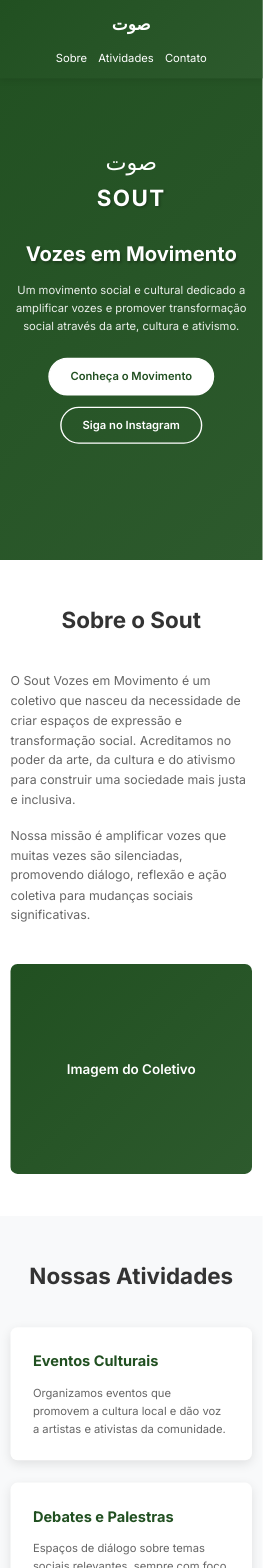
Repository: farukzahra/sout
Page: index.html
The author's editor kept a copy of each file at every save. The page is drawn from the files as they stood at one save, then again after a run of saves.
The browser window is 375 px wide. The pictures show the part of the page from y = 0 to 2240 px (the page is 3551 px tall), at 70% of full size.

Above is the page before, as saved 2025-10-02 13:02:33.

### index.html
<!DOCTYPE html>
<html lang="pt-BR">
<head>
    <meta charset="UTF-8">
    <meta name="viewport" content="width=device-width, initial-scale=1.0">
    <title>Sout Vozes em Movimento</title>
    <meta name="description" content="Sout Vozes em Movimento - Movimento social e cultural">
    <link rel="stylesheet" href="style.css">
    <link href="https://fonts.googleapis.com/css2?family=Inter:wght@300;400;600;700&display=swap" rel="stylesheet">
</head>
<body>
    <header class="header">
        <nav class="nav">
            <div class="nav-brand">
                <h1>صوت</h1>
            </div>
            <ul class="nav-menu">
                <li><a href="#sobre">Sobre</a></li>
                <li><a href="#atividades">Atividades</a></li>
                <li><a href="#contato">Contato</a></li>
            </ul>
        </nav>
    </header>

    <main>
        <section class="hero">
            <div class="hero-content">
                <div class="hero-logo">
                    <div class="logo-combined">
                        <span class="logo-text">صوت</span>
                        <span class="logo-main">SOUT</span>
                    </div>
                </div>
                <h2>Vozes em Movimento</h2>
                <p>Um movimento social e cultural dedicado a amplificar vozes e promover transformação social através da arte, cultura e ativismo.</p>
                <div class="hero-buttons">
                    <a href="#sobre" class="btn btn-primary">Conheça o Movimento</a>
                    <a href="https://www.instagram.com/sout_vozesemmovimento/" target="_blank" class="btn btn-secondary">Siga no Instagram</a>
                </div>
            </div>
        </section>

        <section id="sobre" class="section">
            <div class="container">
                <h2>Sobre o Sout</h2>
                <div class="about-content">
                    <div class="about-text">
                        <p>O Sout Vozes em Movimento é um coletivo que nasceu da necessidade de criar espaços de expressão e transformação social. Acreditamos no poder da arte, da cultura e do ativismo para construir uma sociedade mais justa e inclusiva.</p>
                        <p>Nossa missão é amplificar vozes que muitas vezes são silenciadas, promovendo diálogo, reflexão e ação coletiva para mudanças sociais significativas.</p>
                    </div>
                    <div class="about-image">
                        <div class="placeholder-image">
                            <span>Imagem do Coletivo</span>
                        </div>
                    </div>
                </div>
            </div>
        </section>

        <section id="atividades" class="section section-alt">
            <div class="container">
                <h2>Nossas Atividades</h2>
                <div class="activities-grid">
                    <div class="activity-card">
                        <h3>Eventos Culturais</h3>
                        <p>Organizamos eventos que promovem a cultura local e dão voz a artistas e ativistas da comunidade.</p>
                    </div>
                    <div class="activity-card">
                        <h3>Debates e Palestras</h3>
                        <p>Espaços de diálogo sobre temas sociais relevantes, sempre com foco na transformação social.</p>
                    </div>
                    <div class="activity-card">
                        <h3>Ativismo Social</h3>
                        <p>Participamos ativamente de movimentos e campanhas que lutam por justiça social e direitos humanos.</p>
                    </div>
                </div>
            </div>
        </section>

        <section id="contato" class="section">
            <div class="container">
                <h2>Entre em Contato</h2>
                <div class="contact-content">
                    <div class="contact-info">
                        <h3>Conecte-se Conosco</h3>
                        <p>Siga nossas redes sociais para acompanhar nossas atividades e participar do movimento.</p>
                        <div class="social-links">
                            <a href="https://www.instagram.com/sout_vozesemmovimento/" target="_blank" class="social-link">
                                <span>📷</span> Instagram
                            </a>
                        </div>
                    </div>
                    <div class="contact-form">
                        <h3>Envie uma Mensagem</h3>
                        <form>
                            <input type="text" placeholder="Seu nome" required>
                            <input type="email" placeholder="Seu email" required>
                            <textarea placeholder="Sua mensagem" rows="5" required></textarea>
                            <button type="submit" class="btn btn-primary">Enviar Mensagem</button>
                        </form>
                    </div>
                </div>
            </div>
        </section>
    </main>

    <footer class="footer">
        <div class="container">
            <p>&copy; 2024 Sout Vozes em Movimento. Todos os direitos reservados.</p>
            <p>Feito com ❤️ para transformar o mundo</p>
        </div>
    </footer>

    <script>
        // Smooth scrolling para links internos
        document.querySelectorAll('a[href^="#"]').forEach(anchor => {
            anchor.addEventListener('click', function (e) {
                e.preventDefault();
                const target = document.querySelector(this.getAttribute('href'));
                if (target) {
                    target.scrollIntoView({
                        behavior: 'smooth',
                        block: 'start'
                    });
                }
            });
        });

        // Formulário de contato (funcionalidade básica)
        document.querySelector('form').addEventListener('submit', function(e) {
            e.preventDefault();
            alert('Obrigado pela sua mensagem! Entraremos em contato em breve.');
            this.reset();
        });
    </script>
</body>
</html>

### style.css
/* Reset e configurações básicas */
* {
    margin: 0;
    padding: 0;
    box-sizing: border-box;
}

body {
    font-family: 'Inter', sans-serif;
    line-height: 1.6;
    color: #333;
    background-color: #fff;
}

.container {
    max-width: 1200px;
    margin: 0 auto;
    padding: 0 20px;
}

/* Header */
.header {
    background: linear-gradient(135deg, #215021 0%, #2d5a2d 100%);
    color: white;
    padding: 1rem 0;
    position: fixed;
    top: 0;
    width: 100%;
    z-index: 1000;
    box-shadow: 0 2px 10px rgba(0,0,0,0.1);
}

.nav {
    display: flex;
    justify-content: space-between;
    align-items: center;
    max-width: 1200px;
    margin: 0 auto;
    padding: 0 20px;
}

.nav-brand h1 {
    font-size: 1.5rem;
    font-weight: 700;
    direction: rtl;
}

.hero-logo {
    margin-bottom: 2rem;
}

.logo-combined {
    display: flex;
    flex-direction: column;
    align-items: center;
    justify-content: center;
    gap: 0;
}

.hero-logo .logo-text {
    font-size: 3rem;
    direction: rtl;
}

.hero-logo .logo-main {
    font-size: 3rem;
    font-weight: 700;
    letter-spacing: 2px;
    text-shadow: 2px 2px 4px rgba(0,0,0,0.3);
}

.hero-logo .logo-subtitle {
    font-size: 1.2rem;
    opacity: 0.9;
}

.nav-menu {
    display: flex;
    list-style: none;
    gap: 2rem;
}

.nav-menu a {
    color: white;
    text-decoration: none;
    font-weight: 500;
    transition: opacity 0.3s ease;
}

.nav-menu a:hover {
    opacity: 0.8;
}

/* Hero Section */
.hero {
    background: linear-gradient(135deg, #215021 0%, #2d5a2d 100%);
    color: white;
    padding: 120px 0 80px;
    text-align: center;
    min-height: 100vh;
    display: flex;
    align-items: center;
    justify-content: center;
}


.hero-content h2 {
    font-size: 3rem;
    font-weight: 700;
    margin-bottom: 1rem;
    text-shadow: 2px 2px 4px rgba(0,0,0,0.3);
}

.hero-content {
    max-width: 800px;
    margin: 0 auto;
    padding: 0 20px;
}

.hero-content p {
    font-size: 1.2rem;
    margin-bottom: 2rem;
    max-width: 600px;
    margin-left: auto;
    margin-right: auto;
    opacity: 0.9;
}

.hero-buttons {
    display: flex;
    gap: 1rem;
    justify-content: center;
    flex-wrap: wrap;
}

/* Botões */
.btn {
    display: inline-block;
    padding: 12px 30px;
    text-decoration: none;
    border-radius: 50px;
    font-weight: 600;
    transition: all 0.3s ease;
    border: 2px solid transparent;
}

.btn-primary {
    background: white;
    color: #215021;
    border-color: white;
}

.btn-primary:hover {
    background: transparent;
    color: white;
    border-color: white;
}

.btn-secondary {
    background: transparent;
    color: white;
    border-color: white;
}

.btn-secondary:hover {
    background: white;
    color: #215021;
}

/* Seções */
.section {
    padding: 80px 0;
}

.section-alt {
    background-color: #f8f9fa;
}

.section h2 {
    text-align: center;
    font-size: 2.5rem;
    margin-bottom: 3rem;
    color: #333;
}

/* Sobre */
.about-content {
    display: grid;
    grid-template-columns: 2fr 1fr;
    gap: 3rem;
    align-items: center;
}

.about-text p {
    font-size: 1.1rem;
    margin-bottom: 1.5rem;
    color: #666;
}

.placeholder-image {
    background: linear-gradient(135deg, #215021 0%, #2d5a2d 100%);
    height: 300px;
    border-radius: 10px;
    display: flex;
    align-items: center;
    justify-content: center;
    color: white;
    font-size: 1.2rem;
    font-weight: 600;
}

/* Atividades */
.activities-grid {
    display: grid;
    grid-template-columns: repeat(auto-fit, minmax(300px, 1fr));
    gap: 2rem;
}

.activity-card {
    background: white;
    padding: 2rem;
    border-radius: 10px;
    box-shadow: 0 5px 15px rgba(0,0,0,0.1);
    transition: transform 0.3s ease, box-shadow 0.3s ease;
}

.activity-card:hover {
    transform: translateY(-5px);
    box-shadow: 0 10px 25px rgba(0,0,0,0.15);
}

.activity-card h3 {
    color: #215021;
    margin-bottom: 1rem;
    font-size: 1.3rem;
}

.activity-card p {
    color: #666;
    line-height: 1.6;
}

/* Contato */
.contact-content {
    display: grid;
    grid-template-columns: 1fr 1fr;
    gap: 3rem;
}

.contact-info h3 {
    color: #215021;
    margin-bottom: 1rem;
    font-size: 1.5rem;
}

.contact-info p {
    color: #666;
    margin-bottom: 2rem;
}

.social-links {
    display: flex;
    gap: 1rem;
}

.social-link {
    display: flex;
    align-items: center;
    gap: 0.5rem;
    padding: 10px 20px;
    background: linear-gradient(135deg, #215021 0%, #2d5a2d 100%);
    color: white;
    text-decoration: none;
    border-radius: 25px;
    transition: transform 0.3s ease;
}

.social-link:hover {
    transform: translateY(-2px);
}

.contact-form h3 {
    color: #215021;
    margin-bottom: 1rem;
    font-size: 1.5rem;
}

.contact-form form {
    display: flex;
    flex-direction: column;
    gap: 1rem;
}

.contact-form input,
.contact-form textarea {
    padding: 12px;
    border: 2px solid #e1e5e9;
    border-radius: 5px;
    font-family: inherit;
    font-size: 1rem;
    transition: border-color 0.3s ease;
}

.contact-form input:focus,
.contact-form textarea:focus {
    outline: none;
    border-color: #215021;
}

.contact-form textarea {
    resize: vertical;
    min-height: 120px;
}

/* Footer */
.footer {
    background: #333;
    color: white;
    text-align: center;
    padding: 2rem 0;
}

.footer p {
    margin-bottom: 0.5rem;
}

/* Responsividade */
@media (max-width: 768px) {
    .nav {
        flex-direction: column;
        gap: 1rem;
    }

    .nav-menu {
        gap: 1rem;
    }

    .logo-combined {
        gap: 0;
    }

    .hero-logo .logo-text,
    .hero-logo .logo-main {
        font-size: 2.5rem;
    }

    .hero-content h2 {
        font-size: 2rem;
    }

    .hero-buttons {
        flex-direction: column;
        align-items: center;
    }

    .about-content,
    .contact-content {
        grid-template-columns: 1fr;
        gap: 2rem;
    }

    .activities-grid {
        grid-template-columns: 1fr;
    }

    .section h2 {
        font-size: 2rem;
    }
}

@media (max-width: 480px) {
    .hero {
        padding: 100px 0 60px;
    }

    .logo-combined {
        gap: 0;
    }

    .hero-logo .logo-text,
    .hero-logo .logo-main {
        font-size: 2rem;
    }

    .hero-content h2 {
        font-size: 1.8rem;
    }

    .hero-content p {
        font-size: 1rem;
    }

    .section {
        padding: 60px 0;
    }

    .container {
        padding: 0 15px;
    }
}

After the next 3 saves:
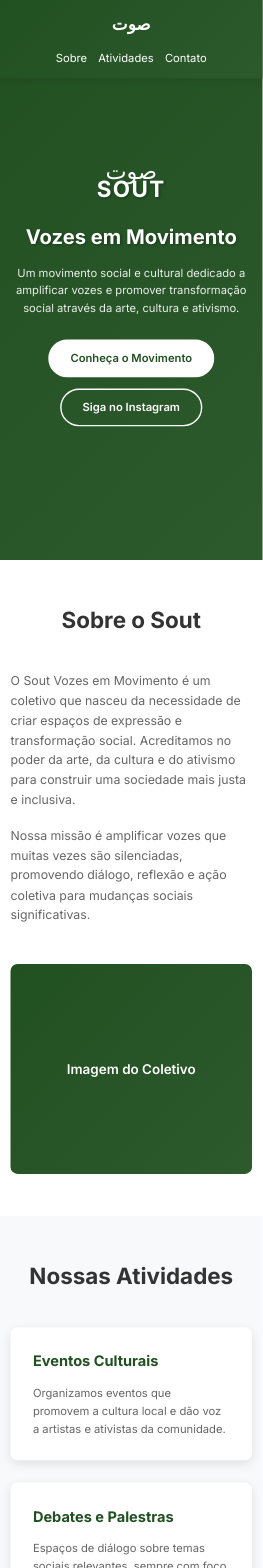
The 3 saves are shown as one change because they came seconds apart.
The last was saved 10 s later.
--- a/style.css
+++ b/style.css
@@ -60,6 +60,7 @@ body {
 .hero-logo .logo-text {
     font-size: 3rem;
     direction: rtl;
+    line-height: 0.8;
 }
 
 .hero-logo .logo-main {
@@ -67,6 +68,7 @@ body {
     font-weight: 700;
     letter-spacing: 2px;
     text-shadow: 2px 2px 4px rgba(0,0,0,0.3);
+    line-height: 0.8;
 }
 
 .hero-logo .logo-subtitle {
@@ -342,6 +344,7 @@ body {
     .hero-logo .logo-text,
     .hero-logo .logo-main {
         font-size: 2.5rem;
+        line-height: 0.8;
     }
 
     .hero-content h2 {
@@ -380,6 +383,7 @@ body {
     .hero-logo .logo-text,
     .hero-logo .logo-main {
         font-size: 2rem;
+        line-height: 0.8;
     }
 
     .hero-content h2 {
